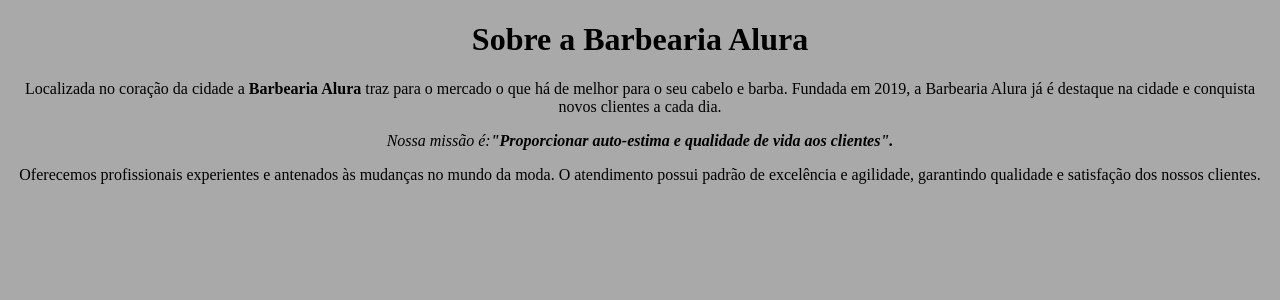
Repository: AnaBerlanda/AulaAlura
Page: index.html
These files come from the project's save history. The page is drawn as it stood at one moment and after the next save; the edit follows.
The browser window is 1280 px wide. The pictures show the whole page.

Above is the page before, as saved 2022-04-06 10:44:16.

### index.html
<!DOCTYPE html>
<html lang="pt-br">

<head>
    <meta charset="utf-8" />
    <title>Barbearia Alura</title>
    <link type="text/css" rel="stylesheet" href="index.css">
</head>
<body>
    <h1>Sobre a Barbearia Alura</h1>
    <p>Localizada no coração da cidade a <strong> Barbearia Alura</strong> traz para o mercado o que há de melhor para o seu cabelo e barba.
    Fundada em 2019, a Barbearia Alura já é destaque na cidade e conquista novos clientes a cada dia.</p>
    <p><em>Nossa missão é:<strong>"Proporcionar auto-estima e qualidade de vida aos clientes".</strong></em></p>
    <p>Oferecemos profissionais experientes e antenados às mudanças no mundo da moda.
    O atendimento possui padrão de excelência e agilidade, garantindo qualidade e satisfação dos nossos clientes.</p>
</body>

### index.css
p{
    text-align: center;
}
body{
    background-color:darkgray;
    text-align: center;
}

After the next save:
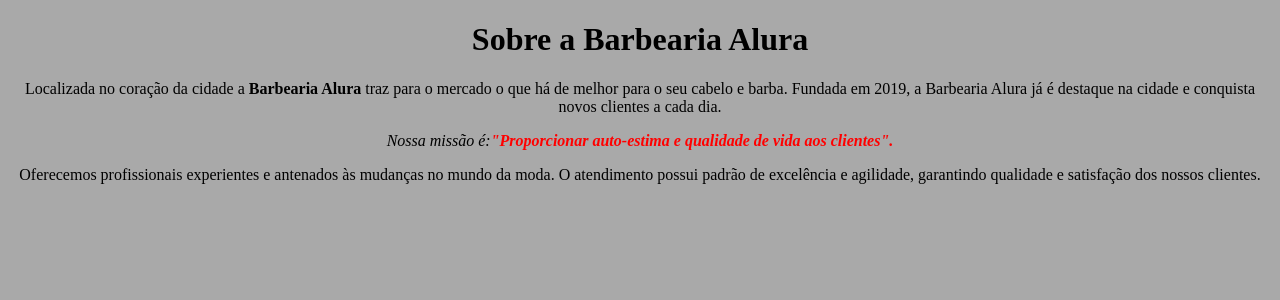
Saved 2 min 50 s later.
--- a/index.css
+++ b/index.css
@@ -1,7 +1,10 @@
-p{
-    text-align: center;
-}
 body{
     background-color:darkgray;
     text-align: center;
 }
+p{
+    text-align: center;
+}
+em strong{
+    color: red;
+}
